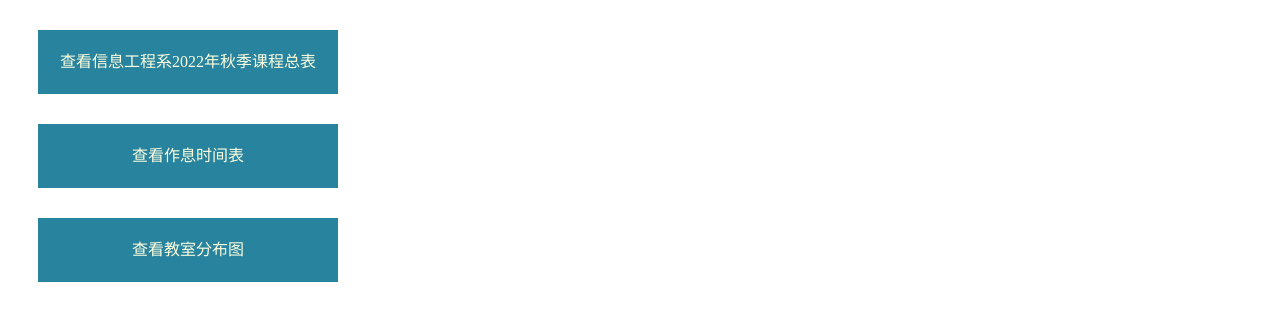
Repository: teacherlonglong/teacherlonglong.github.io
Page: index.html
These files come from the project's save history. The page is drawn as it stood at one moment and after the next save; the edit follows.
The browser window is 1280 px wide. The pictures show the whole page.

Above is the page before, as saved 2022-09-13 17:05:12.

### index.html
<html>

<head>
    <title>欢迎</title>
    <style>
        .mylink{
            display: block;
            text-decoration: none;
            line-height: 64px;
            height: 64px;
            background-color: #28839F;
            width: 300px;
            margin:30px;
            text-align: center;
            color:#FEFEDF;
        }
    </style>
</head>

<body>
    <a class="mylink" href="./信息工程系2022年秋季课程总表.htm">查看信息工程系2022年秋季课程总表</a>
    <a class="mylink" href="./作息时间表.htm">查看作息时间表</a>
    <a class="mylink" href="./教室分布图.htm">查看教室分布图</a>
</body>

</html>

After the next save:
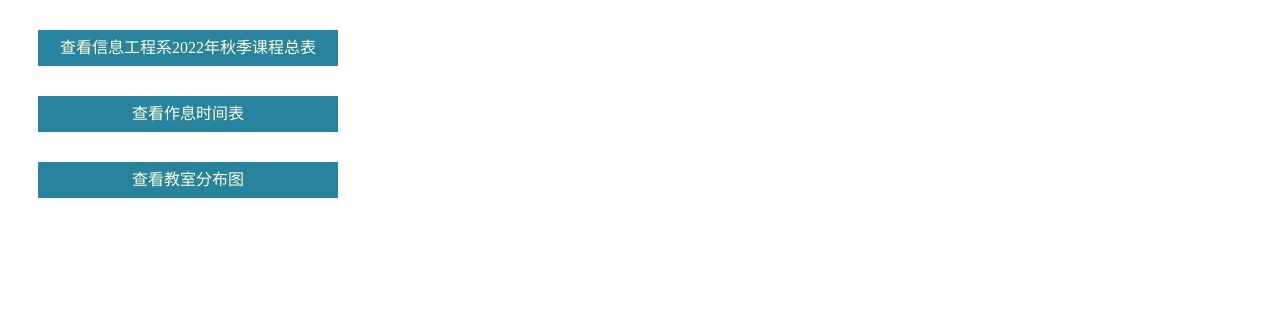
Saved 22 s later.
--- a/index.html
+++ b/index.html
@@ -6,8 +6,8 @@
         .mylink{
             display: block;
             text-decoration: none;
-            line-height: 64px;
-            height: 64px;
+            line-height: 36px;
+            height: 36px;
             background-color: #28839F;
             width: 300px;
             margin:30px;
